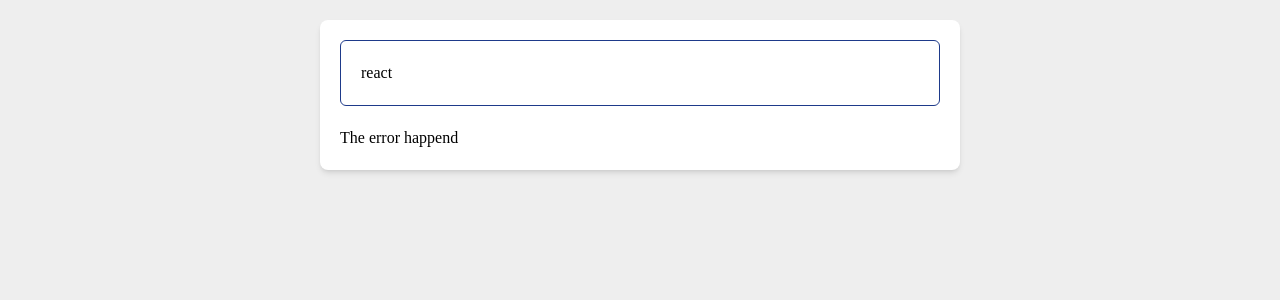
Repository: 16-Doffy/Fe-Khhoahoc
Page: /
The author's editor kept a copy of each file at every save. The page is drawn from the files as they stood at one save, then again after the next save.
The browser window is 1280 px wide. The pictures show the whole page.
The page's requests for data from a server got no answer. The project was rebuilt for these pictures with package versions that can differ from the ones it lists, and the page was loaded fresh each time. No one was signed in, and anything a server would have sent is missing. Also part of the build but not shown: src/App.css.

Above is the page before, as saved 2025-01-14 15:35:08.

### src/index.js
import React from 'react';
import ReactDOM from 'react-dom/client';
import './index.css';
import App from './App';
import reportWebVitals from './reportWebVitals';
import "./index.scss"
const root = ReactDOM.createRoot(document.getElementById('root'));
root.render(
  <React.StrictMode>
    <App />
  </React.StrictMode>
);

// If you want to start measuring performance in your app, pass a function
// to log results (for example: reportWebVitals(console.log))
// or send to an analytics endpoint. Learn more: https://bit.ly/CRA-vitals
reportWebVitals();

### src/App.js

import "./App.css";
import HackerNews from "./components/news/HackerNews";



const App = () => {
  return (

    <HackerNews></HackerNews>
  );
};

export default App;













//<CardList><Card2/>
// const theme = {
//   //wanna change color in the future come here to change
//   colors: {
//     blue: "#2979ff",
//   },
//   orange: "#ffa440",
// };
// {/* <ThemeProvider theme={theme}>
// <CardList>
// <Card2 secondary={true}></Card2>
// <Card2 secondary={false}></Card2>
// <Card2 secondary={true}></Card2>
// <Card2 secondary={false}></Card2>
// <Card2 secondary={true}></Card2>
//  </CardList>
// </ThemeProvider> */}

### src/index.scss
@tailwind base;
@tailwind components;
@tailwind utilities;

@layer base {
    @import url("https://fonts.googleapis.com/css2?family=Poppins:ital,wght@0,100;0,200;0,300;0,400;0,500;0,600;0,700;0,800;0,900;1,100;1,200;1,300;1,400;1,500;1,600;1,700;1,800;1,900&display=swap");
    body{
        font-family: "Poppins", serif;
    }
}

### src/components/news/HackerNews.js
import axios from "axios";
import React, { useState, useEffect, useRef } from "react";
import lodash from "lodash";
// http://hn.algolia.com/api/v1/search?query=react
const HackerNews = () => {
  const [hits, setHits] = useState([]);
  const [query, setQuery] = useState("react");
  const [loading, setLoading] = useState(true);
  const [error, setError] = useState("");
  const handleFetchResponse = useRef({});
  handleFetchResponse.curent = async () => {
    setLoading(true);
    try {
      const response = await axios.get(
        `http://hn.algolia.com/api/v1/search?query=${query}`
      );
      setHits(response.data?.hits || []);
      setLoading(false);
    } catch {
      // console.log(response);
      setLoading(false);
      setError(`The error happend ${error}`);
    }
  };
  const handleUpdateQuery = lodash.debounce((e) => {
    setQuery(e.target.value);
  }, 100);
  useEffect(() => {
    handleFetchResponse.curent();
  }, [query]);
  return (
    <div className="bg-white mx-auto mt-5 p-5 rounded-lg shadow-md w-2/4">
      <input
        type="text"
        className=" border border-blue-900 text-black p-5 mb-5 block w-full rounded-md"
        defaultValue={query}
        onChange={handleUpdateQuery}
      />
      {loading && (
        <div
          className=" loading w-8 h-8  rounded-full  border-blue-300 border-4
    border-r-4 border-r-transparent animate-spin"
        ></div>
      )}
      {!loading && error && <p>{error}</p>}
      {!loading &&
        hits.length > 0 &&
        hits.map((item, index) => <h3 key={item.title}>{item.title}</h3>)}
    </div>
  );
};

export default HackerNews;

### tailwind.config.js
/** @type {import('tailwindcss').Config} */
module.exports = {
  mode: "jit",
  content: ["./src/**/*.{html,js}"],
  theme: {
    extend: {
      backgroundImage: {
        'radiant': `linear-gradient(0.25turn, #3f87a6, #ebf8e1, #f69d3c)`,
        'footer-texture': "url('/img/footer-texture.png')", // Sửa ở đây
        'secondary-radiant': `linear-gradient(#e66465, #9198e5)`,
      },
    },
  },
  plugins: [],
}

Loaded but not shown: public/index.html (common file); src/index.css (common file); src/reportWebVitals.js (common file)

After the next save:
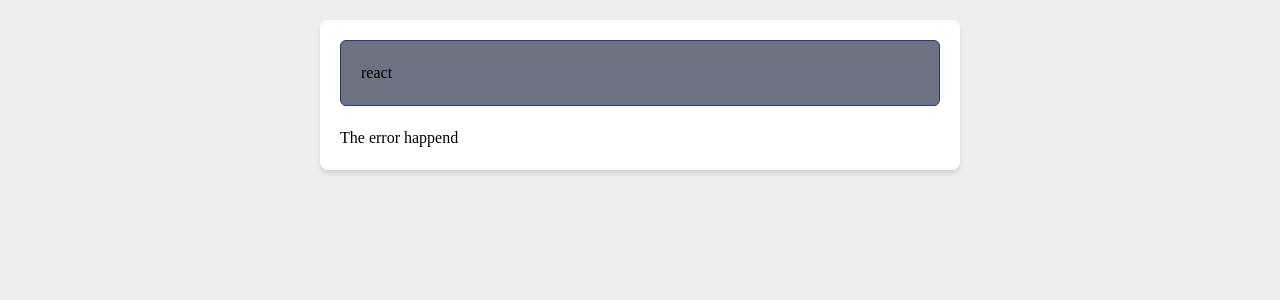
Saved 12 s later.
--- a/src/components/news/HackerNews.js
+++ b/src/components/news/HackerNews.js
@@ -32,7 +32,7 @@ const HackerNews = () => {
     <div className="bg-white mx-auto mt-5 p-5 rounded-lg shadow-md w-2/4">
       <input
         type="text"
-        className=" border border-blue-900 text-black p-5 mb-5 block w-full rounded-md"
+        className="bg-gray-500 border border-blue-900 text-black p-5 mb-5 block w-full rounded-md"
         defaultValue={query}
         onChange={handleUpdateQuery}
       />
